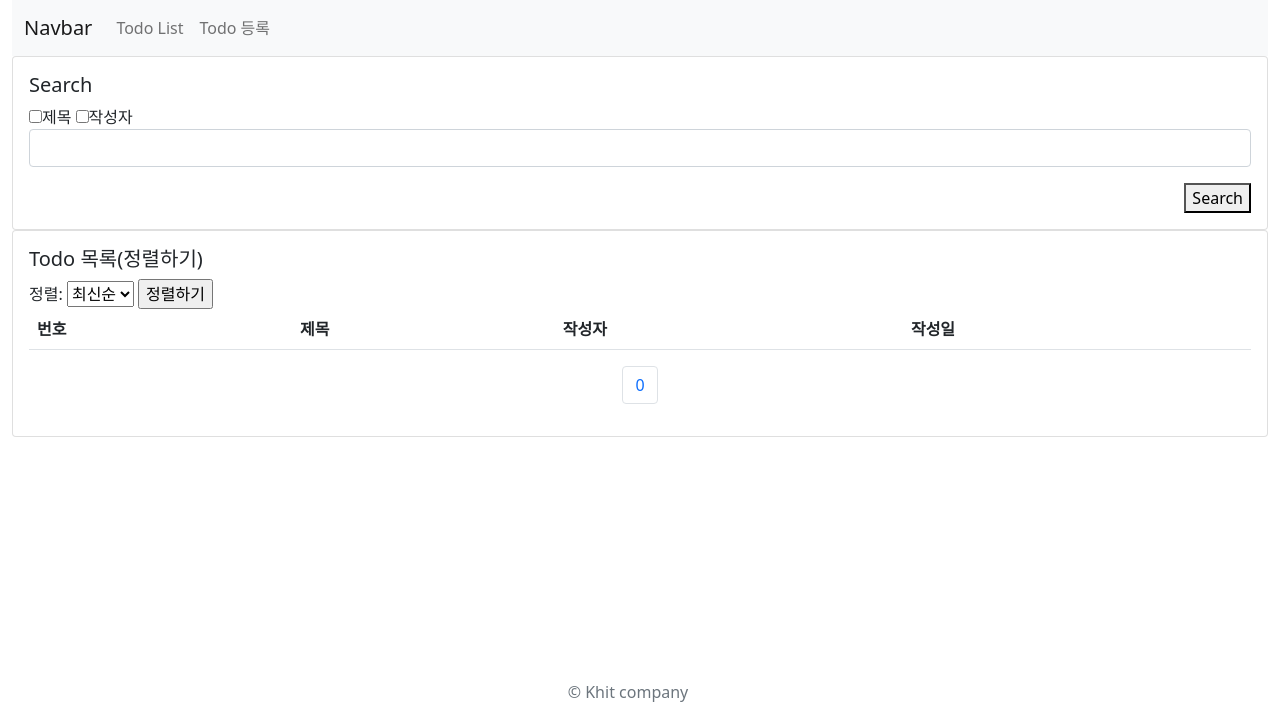
Repository: KyoungHwanJeong/springworks
Page: http://localhost/todoweb/WEB-INF/views/todo/list_sort.jsp
An editor plug-in stored every save of this project. The page is shown before and after the next save, followed by the edit.
The browser window is 1280 px wide. The pictures show the whole page.
The page is served by Tomcat 9. Nobody is signed in. Other server files are loaded and not shown. The template is opened directly, without the code that normally fills it, so the values that code supplies are empty.

Above is the page before, as saved 2024-01-09 09:06:18.

### todoweb/src/main/webapp/WEB-INF/views/todo/list_sort.jsp
<%@ page language="java" contentType="text/html; charset=UTF-8"
    pageEncoding="UTF-8"%>
<%@ taglib uri="http://java.sun.com/jsp/jstl/core" prefix="c" %>
<%@ taglib uri="http://java.sun.com/jsp/jstl/fmt" prefix="fmt" %>

<!DOCTYPE html>
<html>
<head>
<meta charset="UTF-8">
<title>Todo 목록(정렬)</title>
</head>
<body>
	<div class="container-fluid">
		<jsp:include page="../layout/header.jsp" />
		<!-- 검색 영역 -->
		<div class="row content">
			<div class="col">
				<div class="card">
					<div class="card-body">
						<h5 class="card-title">Search</h5>
						<form action="/todo/paging" method="get">
							<div class="mb-3">
								<input type="checkbox" name="types" value="t">제목
								<input type="checkbox" name="types" value="w">작성자
								<input type="text" name="keyword" class="form-control">
							</div>
							<div class="mb-3">
								<div class="float-end">
									<button>Search</button>
								</div>
							</div>
						</form>
					</div>
				</div>
			</div>
		</div>

		<!-- 본문 영역 -->
		<div class="row content">
			<div class="col">
				<div class="card">
					<div class="card-body">
						<h5 class="card-title">Todo 목록(정렬하기)</h5>
							<form action="/todo/list_sort" method="get" class="list_sort">
								<div>
								<label>정렬: </label>
								<select name="sort" class="sort">
									<option value="recent">최신순</option>
									<option value="popular">제목순</option>
								</select>
								<input type="submit" value="정렬하기">
								</div>
							</form>
						<table class="table">
							<thead>
								<tr>
									<th>번호</th><th>제목</th><th>작성자</th><th>작성일</th>
								</tr>
							</thead>
							<tbody>
								<c:forEach items="${todo}" var="todo">
								<tr>
									<td>${todo.tno}</td>
									<td><a href="/todo?tno=${todo.tno}">${todo.title}</a></td>
									<td>${todo.writer}</td>
									<td><fmt:formatDate value="${todo.createdDate}" pattern="yyyy년  MM월 dd일 HH:mm:ss" /></td>
								</tr>
								</c:forEach>
							</tbody>

						</table>

						<!-- 페이징 처리 -->
						<div class ="d-flex justify-content-center">
							<ul class="pagination flex-wrap">
								<!-- 이전 페이지 -->
								<c:if test="${responseDTO.prev}">
									<li class="page-item">
										<a class="page-link" href="/todo/paging?page=${responseDTO.startPage-1}">Previous</a>
									</li>
								</c:if>

								<!-- 페이지 번호 -->
								<c:forEach var="num" begin="${responseDTO.startPage}" end="${responseDTO.endPage}">
									<li class="page-item ${responseDTO.page eq num ? 'active' : '' }" >
										<a href="/todo/paging?page=${num}" class="page-link">${num}</a>
									</li>
								</c:forEach>

								<!-- 다음 페이지 -->
								<c:if test="${responseDTO.next}">
									<li class="page-item">
										<a class="page-link" href="/todo/paging?page=${responseDTO.endPage+1}">Next</a>
									</li>
								</c:if>
							</ul>
						</div><!-- 페이징 처리 -->
					</div>
				</div>
			</div>
		</div>	<!-- 본문 영역 닫기 -->
		<jsp:include page="../layout/footer.jsp"></jsp:include>
	</div>
</body>
</html>

### todoweb/src/main/webapp/WEB-INF/views/layout/header.jsp
<%@ page language="java" contentType="text/html; charset=UTF-8"
    pageEncoding="UTF-8"%>
<%@ taglib uri="http://java.sun.com/jsp/jstl/core" prefix="c" %>
<link href="https://cdn.jsdelivr.net/npm/bootstrap@5.1.3/dist/css/bootstrap.min.css" rel="stylesheet" integrity="sha384-1BmE4kWBq78iYhFldvKuhfTAU6auU8tT94WrHftjDbrCEXSU1oBoqyl2QvZ6jIW3" crossorigin="anonymous">
<script src="https://cdn.jsdelivr.net/npm/bootstrap@5.1.3/dist/js/bootstrap.bundle.min.js" integrity="sha384-ka7Sk0Gln4gmtz2MlQnikT1wXgYsOg+OMhuP+IlRH9sENBO0LRn5q+8nbTov4+1p" crossorigin="anonymous"></script>
<header>
<nav class="navbar navbar-expand-lg navbar-light bg-light">
  <div class="container-fluid">
    <a class="navbar-brand" href="/">Navbar</a>
    <button class="navbar-toggler" type="button" data-bs-toggle="collapse" data-bs-target="#navbarSupportedContent" aria-controls="navbarSupportedContent" aria-expanded="false" aria-label="Toggle navigation">
      <span class="navbar-toggler-icon"></span>
    </button>
    <div class="collapse navbar-collapse" id="navbarSupportedContent">
      <ul class="navbar-nav me-auto mb-2 mb-lg-0">
        <li class="nav-item">
          <a class="nav-link" href="/todo/paging">Todo List</a>
        </li>
        <li class="nav-item">
          <a class="nav-link" href="/todo/register">Todo 등록</a>
        </li>
      </ul>
    </div>
  </div>
</nav>

</header>

### todoweb/src/main/webapp/WEB-INF/views/layout/footer.jsp
<%@ page language="java" contentType="text/html; charset=UTF-8"
    pageEncoding="UTF-8"%>
<div class="row footer">
	<div class="row fixed-bottom">
		<footer>
			<p class="text-center text-muted">&copy; Khit company</p>
		</footer>
	</div>
</div>

After the next save:
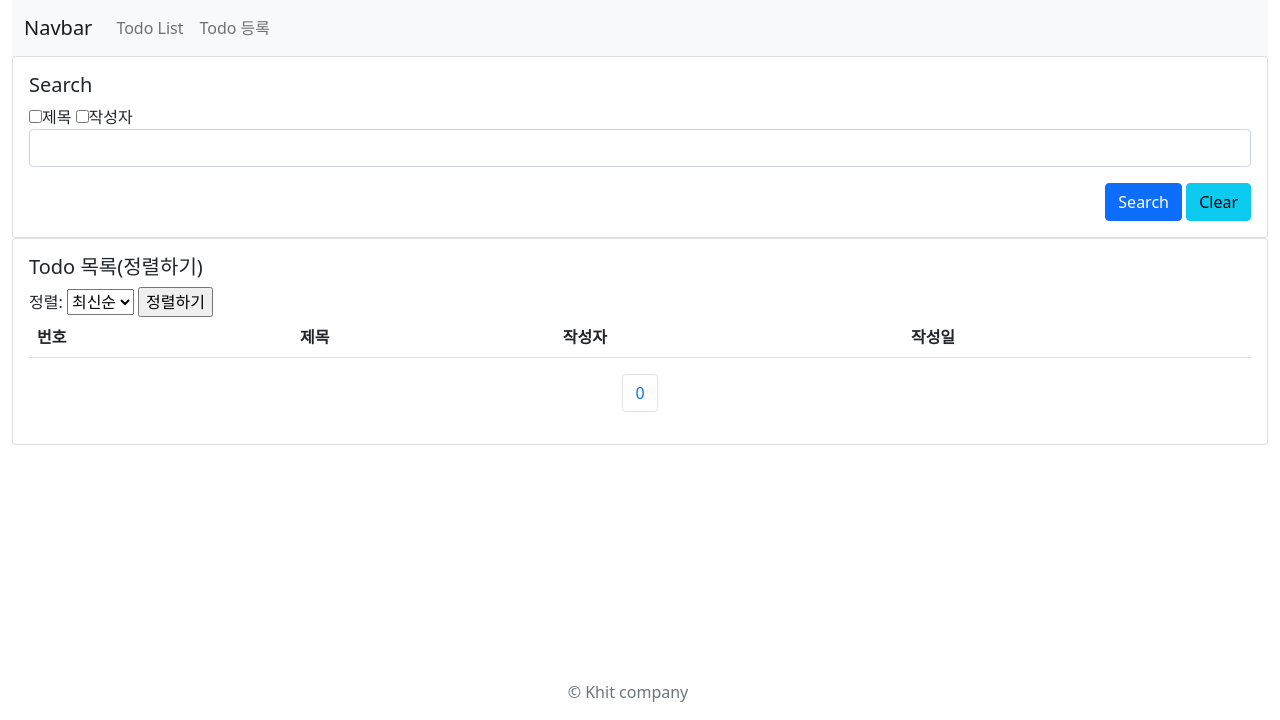
Saved 57 s later.
--- a/todoweb/src/main/webapp/WEB-INF/views/todo/list_sort.jsp
+++ b/todoweb/src/main/webapp/WEB-INF/views/todo/list_sort.jsp
@@ -26,7 +26,8 @@
 							</div>
 							<div class="mb-3">
 								<div class="float-end">
-									<button>Search</button>
+									<button type="submit" class="btn btn-primary">Search</button>
+									<button type="reset" class="btn btn-info">Clear</button>
 								</div>
 							</div>
 						</form>
